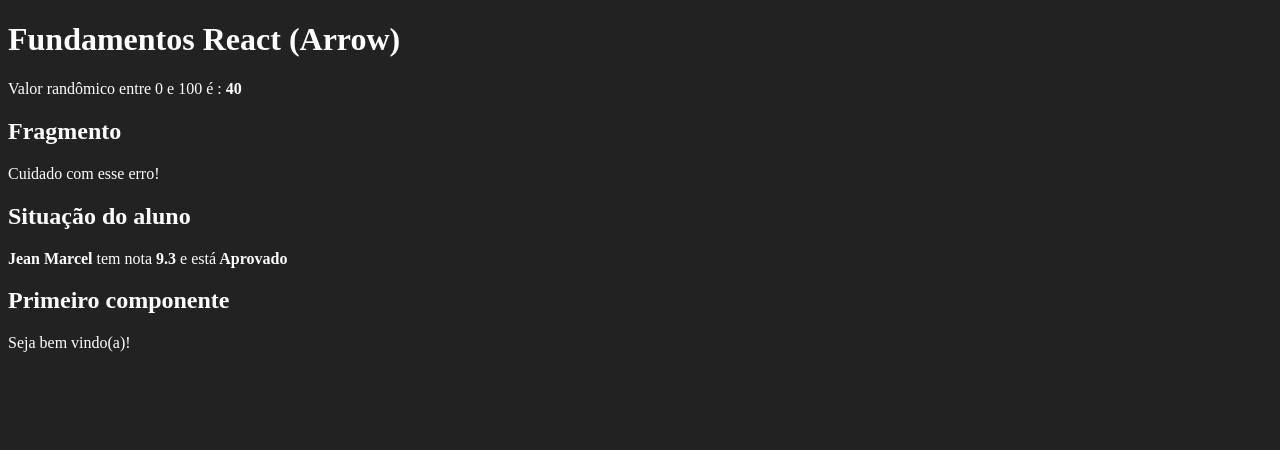
Repository: jean-siqueira/fundamentos-react
Page: /
The author's editor kept a copy of each file at every save. The page is drawn from the files as they stood at one save, then again after a run of saves.
The browser window is 1280 px wide. The pictures show the whole page.
The project was rebuilt for these pictures with package versions that can differ from the ones it lists, and the page was loaded fresh each time.

Above is the page before, as saved 2023-03-04 11:48:17.

After the next 6 saves:
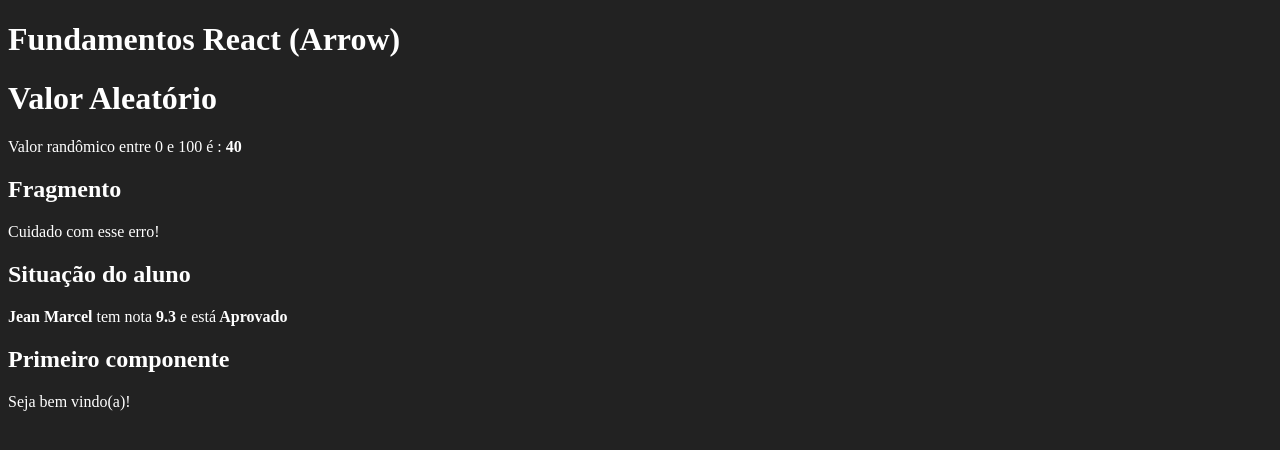
The 6 saves are shown as one change because 3 did not build or start and some came seconds apart.
The last was saved 2 min 36 s later.
--- a/src/components/basicos/Aleatorio.jsx
+++ b/src/components/basicos/Aleatorio.jsx
@@ -1,14 +1,17 @@
 import React from "react";
 
 export default (props) => {
-
-  const {min, max} = props
+  const { min, max } = props;
 
   const valorRandomico = parseInt(Math.random() * (max - min)) + min;
 
   return (
-    <p>
-      Valor randômico entre {min} e {max} é : <strong>{valorRandomico}</strong>
-    </p>
+    <div>
+      <h1>Valor Aleatório</h1>
+      <p>
+        Valor randômico entre {min} e {max} é :{" "}
+        <strong>{valorRandomico}</strong>
+      </p>
+    </div>
   );
 };
